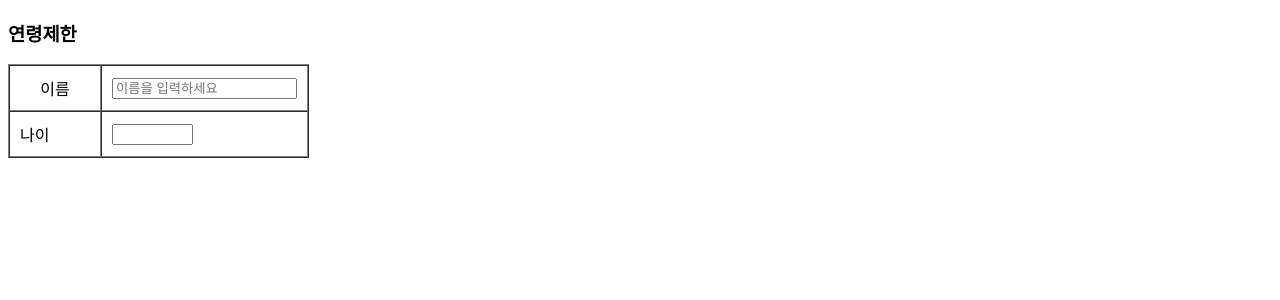
Repository: jihyunah/Java_EE
Page: workspace/testServlet/src/main/webapp/param.html
The author's editor kept a copy of each file at every save. The page is drawn from the files as they stood at one save, then again after the next save.
The browser window is 1280 px wide. The pictures show the whole page.

Above is the page before, as saved 2023-02-22 06:10:54.

After the next save:
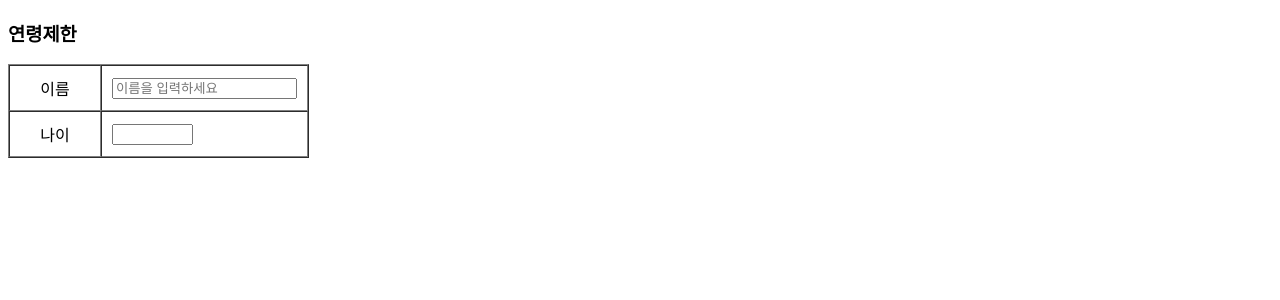
Saved 21 s later.
--- a/workspace/testServlet/src/main/webapp/param.html
+++ b/workspace/testServlet/src/main/webapp/param.html
@@ -14,7 +14,7 @@
 	</tr>
 
 	<tr>
-		<td>나이 </td>
+		<td align="center">나이 </td>
 		<td><input type="text" name="age" size="7" maxlength="3"></td>
 	</tr>
 
